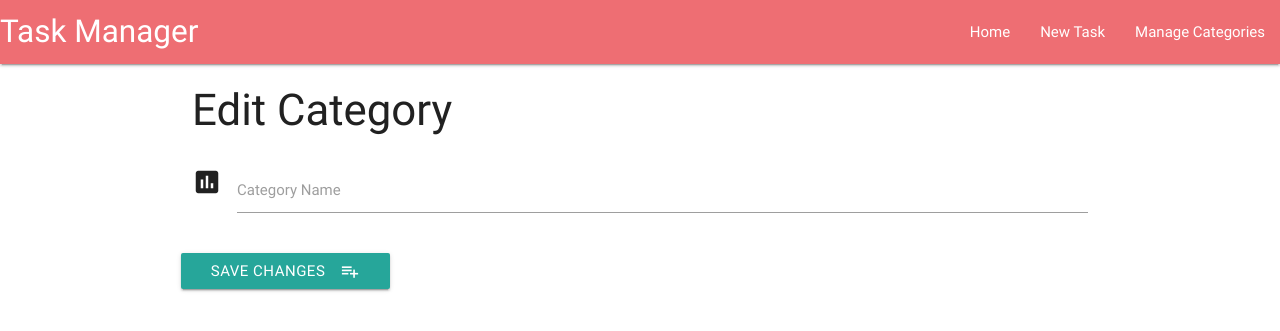
Repository: squiremaguire69/task_manager_mongodb
Page: templates/editcategory.html
The author's editor kept a record of every edit. The page is drawn from the files as they stood at one moment, then again after the next edit.
The browser window is 1280 px wide. The pictures show the whole page.
Some web libraries are served in a nearby version. The template is drawn by Flask 3. The application's start-up code is not run. Other server files are loaded and not shown. The template is opened directly, without the code that normally fills it, so the values that code supplies are empty.

Above is the page before.
Console error: TypeError: Cannot read properties of null (reading 'addEventListener')

### templates/editcategory.html
{% extends 'base.html' %}
{% block content %}

<h3>Edit Category</h3>
 <div class="row">
   <form action="{{ url_for('update_category', category_id=category._id) }}" method="POST" class="col s12">

      <div class="row">
        <div class="input-field col s12">
          <i class="material-icons prefix">poll</i>
          <input id="category_name" name="category_name" type="text" class="validate" value="{{category.category_name}}" >
          <label for="icon_prefix">Category Name</label>
        </div>
      </div>

      <div class="row">
        <button class="btn waves-effect waves-light" type="submit" name="action">Save Changes
            <i class="material-icons right">playlist_add</i>
        </button>
      </div>
    </form>
  </div>

<script src="https://cdnjs.cloudflare.com/ajax/libs/jquery/3.2.1/jquery.min.js"></script>
<script type="text/javascript">
  $(document).ready(function(){

  due_date = Date.parse('{{task.due_date}}');
  $('#due_date').pickadate('picker').set('select', due_date, {format: 'dd/mm/yyyy'}).trigger('change')
  });
</script>


{% endblock %}

### templates/base.html
<!DOCTYPE html>
<html lang="en">
<head>
    <link href="https://fonts.googleapis.com/icon?family=Material+Icons" rel="stylesheet">
    <link rel="stylesheet"  href="https://cdnjs.cloudflare.com/ajax/libs/materialize/0.100.2/css/materialize.min.css">
    <link rel="stylesheet" href="{{url_for('static', filename='css/style.css')}}" type="text/css" />
    <title>Task Manager</title>
</head>
<body>
    <header>
        <nav>
            <div class="nav-wrapper">
                <a href="{{url_for('get_tasks')}}" class="brand-logo">Task Manager</a>
                <a href="#" data-activates="mobile-demo" class="button-collapse"><i class="material-icons">menu</i></a>
                <ul id="nav-mobile" class="right hide-on-med-and-down">
                    <li><a href="{{url_for('get_tasks')}}">Home</a></li>
                    <li><a href="{{url_for('add_task')}}">New Task</a></li>
                    <li><a href="{{url_for('get_categories')}}">Manage Categories</a></li>
                </ul>
                <ul class="side-nav" id="mobile-demo">
                    <li><a href="{{url_for('get_tasks')}}">Home</a></li>
                    <li><a href="{{url_for('add_task')}}">New Task</a></li>
                    <li><a href="{{url_for('get_categories')}}">Manage Categories</a></li>
                </ul>
            </div>
        </nav>
    </header>

    <div class="container">
    {% block content %}
    {% endblock %}
    </div>

    <script src="https://cdnjs.cloudflare.com/ajax/libs/jquery/3.2.1/jquery.min.js"></script>
    <script src="https://cdnjs.cloudflare.com/ajax/libs/materialize/0.100.2/js/materialize.min.js"></script>
    <script type="text/javascript">
        $(document).ready(function() {
            $('.collapsible').collapsible();
            $('select').material_select();
        });

         $('.datepicker').pickadate({
            selectMonths: true, // Creates a dropdown to control month
            selectYears: 15, // Creates a dropdown of 15 years to control year,
            today: 'Today',
            clear: 'Clear',
            close: 'Ok',
            closeOnSelect: false // Close upon selecting a date,
        });

        document.getElementById("matfix").addEventListener("click", function(e) {
            e.stopPropagation();
        });
    </script>
</body>
</html>

### static/css/style.css

.btn_small {
    height: 24px;
    width: 60px;
    line-height: 24px;
    margin: 5px 5px;
    padding: 0 0.5em;
}

.task_header {
    margin-top: 5px;

}

After the next edit:
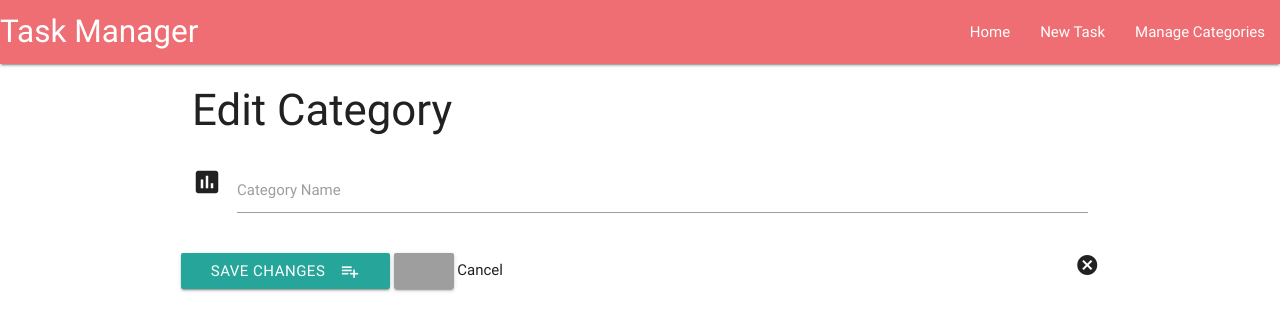
The edit:
--- a/templates/editcategory.html
+++ b/templates/editcategory.html
@@ -17,6 +17,8 @@
         <button class="btn waves-effect waves-light" type="submit" name="action">Save Changes
             <i class="material-icons right">playlist_add</i>
         </button>
+        <a href="{{url_for('get_categories') }}" class="waves-effect waves-light btn grey"></a>
+          <i class="material-icons right">cancel</i>Cancel
       </div>
     </form>
   </div>
